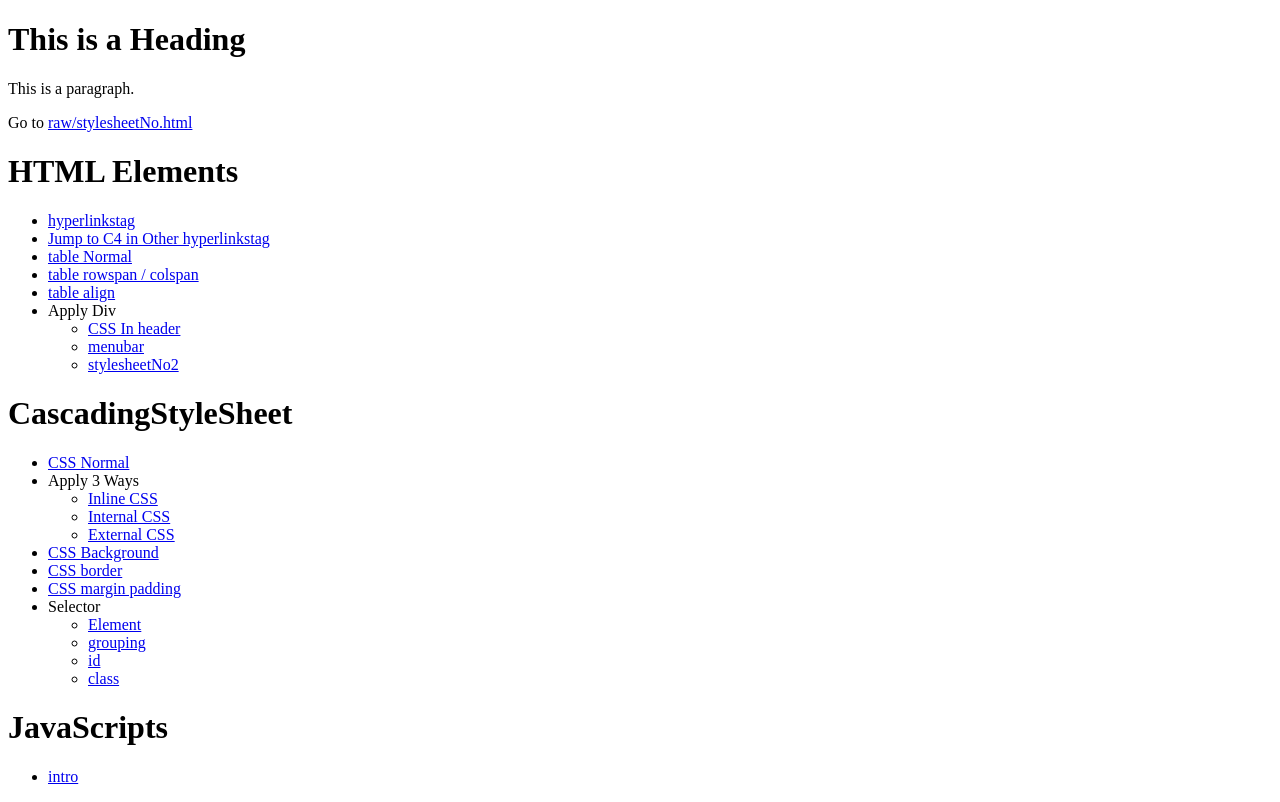
Repository: SanghunOh/learn_publising
Page: HtmlCss/WebContent/index.html
These files come from the project's save history. The page is drawn as it stood at one moment and after the next save; the edit follows.
The browser window is 1280 px wide. The pictures show the whole page.

Above is the page before, as saved 2018-05-07 03:39:58.

### HtmlCss/WebContent/index.html
<!DOCTYPE html>
<!-- HTML5 -->
<html>
<head>
<meta charset="UTF-8">
<title>Home</title>
</head>
<body>
	<h1>This is a Heading</h1>
	<p>This is a paragraph.</p>

	<p>
		Go to <a href="multiple/stylesheetNo.html">raw/stylesheetNo.html</a>
	</p>

	<h1>HTML Elements</h1>
	<ul>
		<li><a href="HtmlElements/hyperlinkstag.html">hyperlinkstag</a></li>
		<li><a href="HtmlElements/hyperlinkstag.html#C4">Jump to C4
				in Other hyperlinkstag</a></li>
		<li><a href="HtmlElements/table_normal.html">table Normal</a></li>
		<li><a href="HtmlElements/table_rowcolspan.html">table
				rowspan / colspan</a></li>
		<li><a href="HtmlElements/table_align.html">table align</a></li>
		<li>Apply Div
			<ul>
				<li><a href="HtmlElements/applyDiv/cssinheader.html">CSS In header</a></li>
				<li><a href="HtmlElements/applyDiv/menubar.html">menubar</a></li>
				<li><a href="HtmlElements/applyDiv/stylesheetNo2.html">stylesheetNo2</a></li>
			</ul>
		</li>
	</ul>

	<h1>CascadingStyleSheet</h1>
	<ul>
		<li><a href="CascadingStyleSheet/css_normal.html">CSS Normal</a></li>
		<li>Apply 3 Ways
			<ul>
				<li><a href="CascadingStyleSheet/3waysCSS/inline.html">Inline
						CSS</a></li>
				<li><a href="CascadingStyleSheet/3waysCSS/internal.html">Internal
						CSS</a></li>
				<li><a href="CascadingStyleSheet/3waysCSS/external.html">External
						CSS</a></li>
			</ul>
		</li>
		<li><a href="CascadingStyleSheet/css_background.html">CSS
				Background</a></li>
		<li><a href="CascadingStyleSheet/css_border.html">CSS border</a></li>
		<li><a href="CascadingStyleSheet/css_marginpadding.html">CSS
				margin padding</a></li>
		<li>Selector
			<ul>
				<li><a href="CascadingStyleSheet/selector/element.html">Element</a></li>
				<li><a href="CascadingStyleSheet/selector/grouping.html">grouping</a></li>
				<li><a href="CascadingStyleSheet/selector/id.html">id</a></li>
				<li><a href="CascadingStyleSheet/selector/class.html">class</a></li>
			</ul>
		</li>
	</ul>

	<h1>JavaScripts</h1>
	<ul>
		<li><a href="JavaScripts/intro.html">intro</a></li>
	</ul>
</body>
</html>

After the next save:
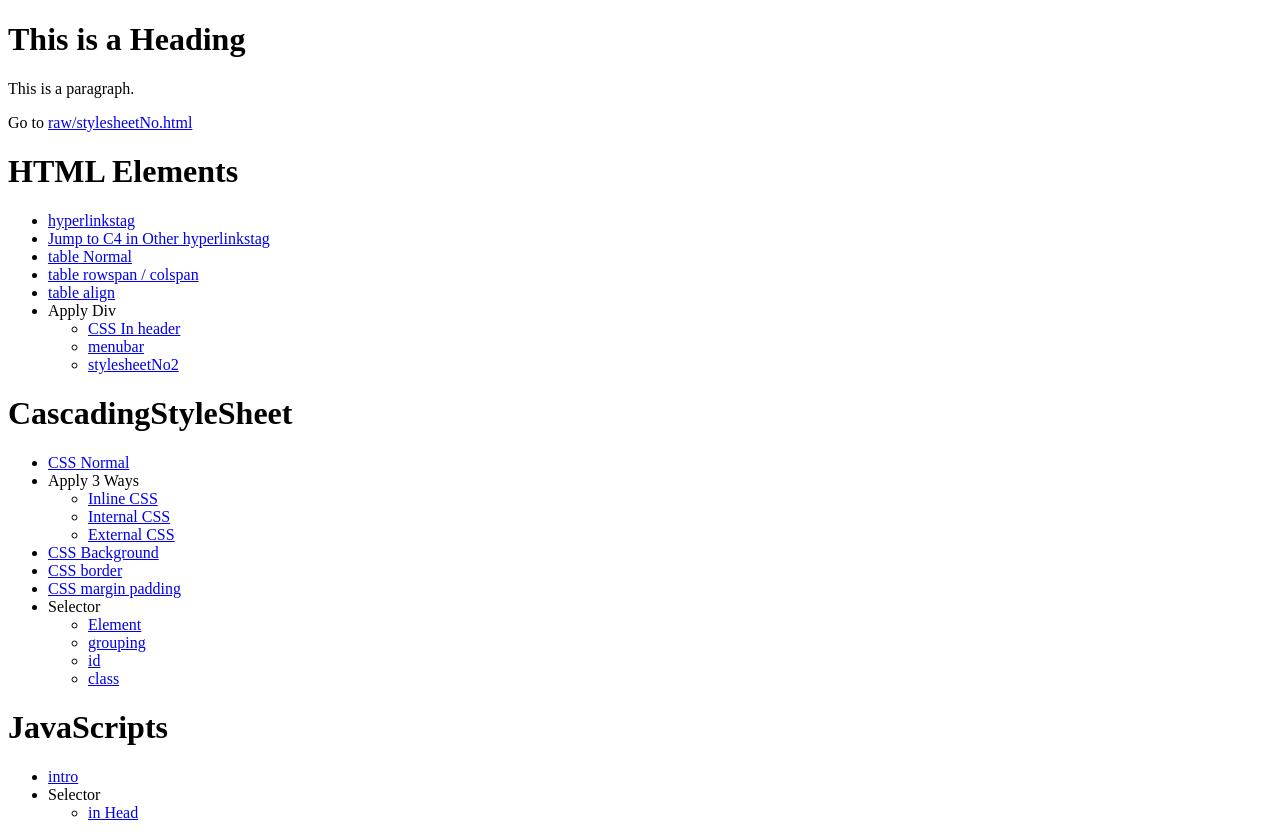
Saved 69 s later.
--- a/HtmlCss/WebContent/index.html
+++ b/HtmlCss/WebContent/index.html
@@ -62,6 +62,11 @@
 	<h1>JavaScripts</h1>
 	<ul>
 		<li><a href="JavaScripts/intro.html">intro</a></li>
+		<li>Selector
+			<ul>
+				<li><a href="JavaScripts/whereto/inHead.html">in Head</a></li>
+			</ul>
+		</li>
 	</ul>
 </body>
 </html>
